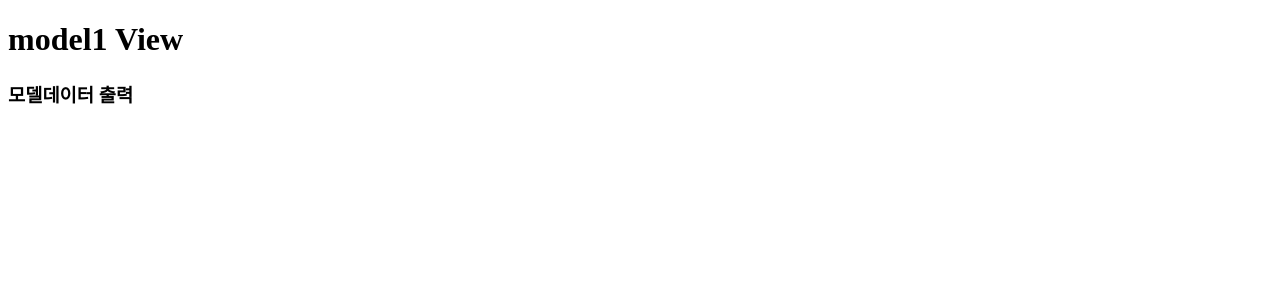
Repository: siwoo1214/acorn_spring
Page: http://localhost/day1Prac/modelAtt2
An editor plug-in stored every save of this project. The page is shown before and after the next save, followed by the edit.
The browser window is 1280 px wide. The pictures show the whole page.
The page is served by Tomcat 9.

Above is the page before, as saved 2025-05-07 05:31:28.

After the next save:
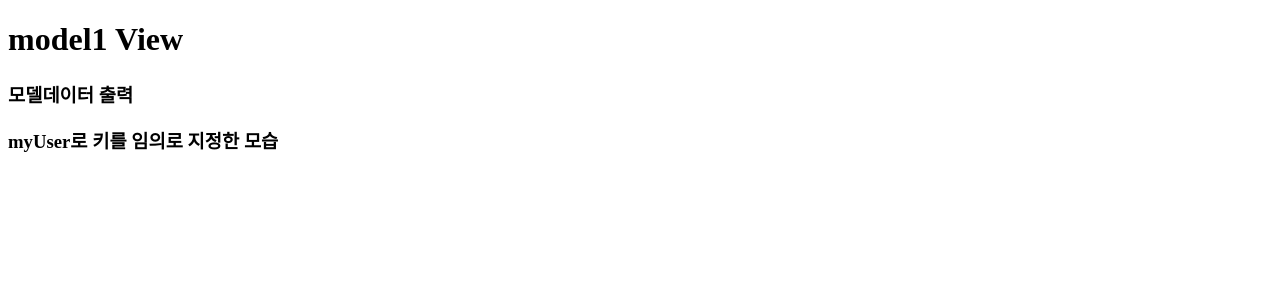
Saved 41 s later.
--- a/day1Prac/src/main/webapp/WEB-INF/views/modelView2.jsp
+++ b/day1Prac/src/main/webapp/WEB-INF/views/modelView2.jsp
@@ -9,7 +9,8 @@
 <body>
 	<h1>model1 View</h1>
 	<h3>모델데이터 출력</h3>
-	${member.id }
-	${member.pw }
+	<h3>myUser로 키를 임의로 지정한 모습</h3>
+	${myUser.id }
+	${myUser.pw }
 </body>
 </html>
